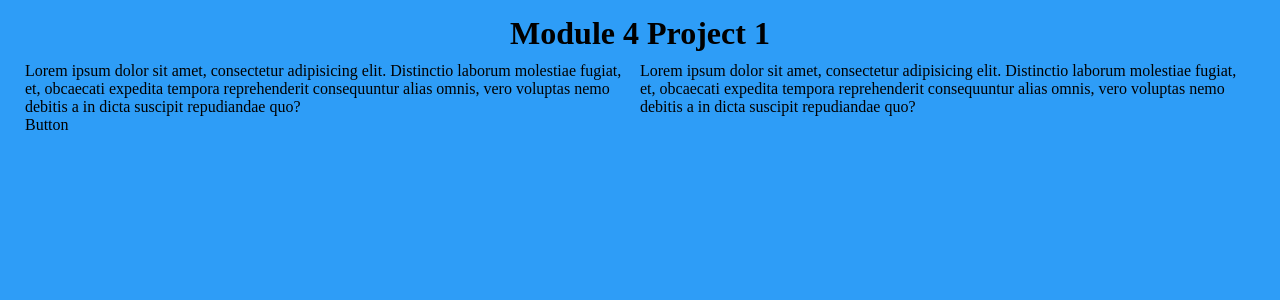
Repository: mlmEFSC21/P6-External-Style-Sheet
Page: index.html
These files come from the project's save history. The page is drawn as it stood at one moment and after the next save; the edit follows.
The browser window is 1280 px wide. The pictures show the whole page.

Above is the page before, as saved 2022-02-09 20:09:46.

### index.html
<!DOCTYPE html>
<html lang="en">
    <head>
        <meta charset="UTF-8" />
        <meta http-equiv="X-UA-Compatible" content="IE=edge" />
        <meta name="viewport" content="width=device-width, initial-scale=1.0" />
        <link rel="stylesheet" href="Styles.css" />
        <title>External Style Sheets</title>
    </head>
    <header><h1>Module 4 Project 1</h1></header>
    <body>
        <div class="floatContainer">
            <p class="p1">
                Lorem ipsum dolor sit amet, consectetur adipisicing elit. Distinctio laborum
                molestiae fugiat, et, obcaecati expedita tempora reprehenderit consequuntur alias
                omnis, vero voluptas nemo debitis a in dicta suscipit repudiandae quo?
            </p>

            <p class="p2">
                Lorem ipsum dolor sit amet, consectetur adipisicing elit. Distinctio laborum
                molestiae fugiat, et, obcaecati expedita tempora reprehenderit consequuntur alias
                omnis, vero voluptas nemo debitis a in dicta suscipit repudiandae quo?
            </p>
        </div>
        <div class="button">Button</div>
    </body>
</html>

### Styles.css
:root {
    /* --clr-font: black; */
    --clr-background: #2e9df7;
    --clr-button: #ffc907;
}
*,
*::before,
*::after {
    margin: 0;
    padding: 0;
    box-sizing: border-box;
}
header {
    text-align: center;
}
body {
    background-color: var(--clr-background);
    color: black;
    margin: 10px;
    padding: 5px;
}
div {
    padding: 10px;
}
.p1 {
    float: left;
    width: 50%;
    height: fit-content;
}
.p2 {
    float: right;
    width: 50%;
}
.button {
}

After the next save:
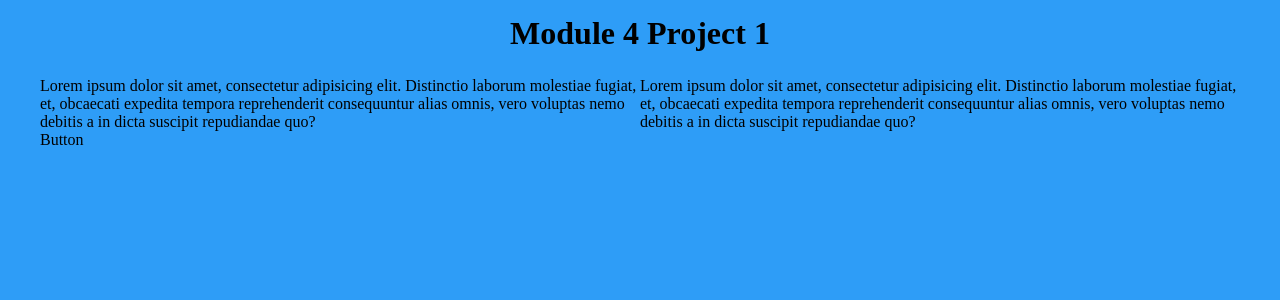
Saved 9 s later.
--- a/Styles.css
+++ b/Styles.css
@@ -20,6 +20,7 @@ body {
     padding: 5px;
 }
 div {
+    margin: 15px;
     padding: 10px;
 }
 .p1 {
